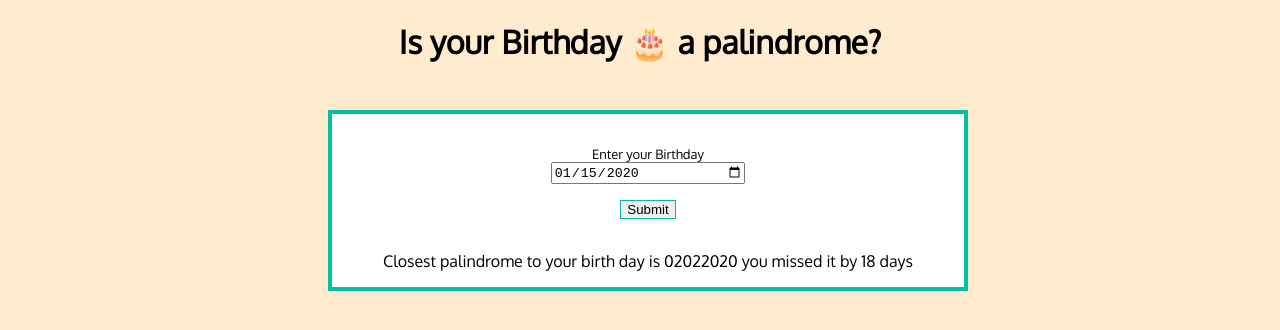
Repository: htihaS/neoG-Is-your-birthday-palindrome
Page: index.html
The author's editor kept a copy of each file at every save. The page is drawn from the files as they stood at one save, then again after a run of saves.
The browser window is 1280 px wide. The pictures show the whole page.
Empty fields were first filled with sample values (such as "Sample", 5 or name@example.com).
After loading, the first visible `button.submit` was clicked once.

Above is the page before, as saved 2022-09-04 11:21:08.

### index.html
<!DOCTYPE html>
<html lang="en">
<head>
    <meta charset="UTF-8">
    <meta http-equiv="X-UA-Compatible" content="IE=edge">
    <meta name="viewport" content="width=device-width, initial-scale=1.0">
    <title>Document</title>
    <link rel="stylesheet" href="/style.css">
</head>
<body>
    <h1 class="heading">Is your Birthday <span>🎂</span> a palindrome?</h1>
    <div class="container">
        <label for="userdob" class="label-dob">Enter your Birthday</label>
        <input type="date" class="userdob"/>
        <button type="submit" class="submit">Submit</button>
        <div id ="loader" class="loader"></div>
        <p class="output"></p>
    </div>
</body>
<script src="/app.js"></script>
</html>

### style.css
@import url('https://fonts.googleapis.com/css2?family=Oxygen&display=swap');
.container{
    display: flex;
    flex-direction: column;
    align-items: center;
    width: 50%;
    margin: 3rem 20rem;
    border: 0.3rem solid #00BFA6 ;
    background-color: white;
}
h1{
    text-align: center;
}
body{
    background-color: blanchedalmond;
    font-family: 'Oxygen', sans-serif;
}
label{
    padding-top: 2rem;
    font-size: small;
}
input{
    width: 30%;
}
button{
    margin:1rem;
    border: 0.1rem solid #00BFA6 ;

}


.loader {
    border: 16px solid #f3f3f3; /* Light grey */
    border-top: 16px solid #3498db; /* Blue */
    border-radius: 50%;
    width: 120px;
    height: 120px;
    animation: spin 2s linear;
    display: none;
  }

  @keyframes spin {
    0% { transform: rotate(0deg); }
    100% { transform: rotate(360deg); }
  }

### app.js
function reverseString(str) {
    return str.split('').reverse().join('');
  }

  function isPalindrome(str) {
    var reversestring = reverseString(str);
    return reversestring === str;
  }

  function dateToString(date) {
    var dateString = { day: '', month: '', year: '' };
    var day = date.day;
    var month = date.month;
    var year = date.year;

    if (day < 10) {
      dateString.day = '0' + day;
    } else {
      dateString.day = day.toString();
    }

    if (month < 10) {
      dateString.month = '0' + month;
    } else {
      dateString.month = month.toString();
    }

    dateString.year = year.toString();

    return dateString;
  }

  function getAllFromats(date) {
    var ddmmyyyy = date.day + date.month + date.year;
    var mmddyyyy = date.month + date.day + date.year;
    var yyyymmdd = date.year + date.month + date.day;
    var ddmmyy = date.day + date.month + date.year.slice(-2);
    var mmddyy = date.month + date.day + date.year.slice(-2);
    var yymmdd = date.year.slice(-2) + date.month + date.day

    return [ddmmyyyy, mmddyyyy, yyyymmdd, ddmmyy, mmddyy, yymmdd];
  }

  function isLeapYear(year) {
    if (year % 4 === 0) {
      return true;
    }
    if (year % 400 === 0) {
      return true;
    }
    if (year % 100 === 0) {
      return false;
    }

    return false;
  }

  function getNextDay(date) {
    var nextDate = { day: '', month: '', year: '' };
    var day = date.day + 1;
    var month = date.month;
    var year = date.year;
    var daysInaMonth = [];

    if (isLeapYear(year)) {
      daysInaMonth = [31, 29, 31, 30, 31, 30, 31, 31, 30, 31, 30, 31];
    } else {
      daysInaMonth = [31, 28, 31, 30, 31, 30, 31, 31, 30, 31, 30, 31];
    }

    if (day > daysInaMonth[month - 1]) {
      day = 01;
      if (month === 12) {
        month = 01;
        year = year + 1;
      } else {
        month = month + 1;
      }
    }

    nextDate.day = day;
    nextDate.month = month;
    nextDate.year = year;

    return nextDate;
  }

  function getPreviousDay(date) {
    if (isLeapYear(date.year)) {
      daysInaMonth = [31, 29, 31, 30, 31, 30, 31, 31, 30, 31, 30, 31];
    } else {
      daysInaMonth = [31, 28, 31, 30, 31, 30, 31, 31, 30, 31, 30, 31];
    }
     var previousdate = {
       day:'',
       month:'',
       year:''
     }

    if (date.day === 01) {
      if (date.month === 01) {
        previousdate.day = 31;
        previousdate.month = 12;
        previousdate.year = date.year - 1
      } else {
        previousdate.month = date.month - 1;
        previousdate.day = daysInaMonth[date.month - 1];
        previousdate.year=date.year;
      }
    }else{
      previousdate.day=date.day -1 ;
      previousdate.month=date.month;
      previousdate.year=date.year;
      }
    return previousdate;
  }

  //function to find closest palindrome
  function findClosestPalindrome(date) {
    var countfuture = 0;
    var countpast = 0;

    //this while block will find palindromes in future
    var nextdate = getNextDay(date);
    var flag = false;
    while (flag!=true) {
      countfuture++;
      var allformats = getAllFromats(dateToString(nextdate));
      for (var i = 0; i < 6; i++) {
        console.log("Next: ",allformats[i]);
        console.log(isPalindrome(allformats[i]));
        if (isPalindrome(allformats[i])) {
          var futurePalindrome = [countfuture, allformats[i]];
          flag = true
          break;
        }
      }
      nextdate = getNextDay(nextdate);
    }

    //this while block will find palindromes in past
    var previousday = getPreviousDay(date);
    while (flag!=false) {
      countpast++;
      if(countpast>countfuture){
        return futurePalindrome;
      }
      var allformats = getAllFromats(dateToString(previousday));
      for (var i = 0; i < 6; i++) {
        console.log("Past: ",allformats[i],i);
        console.log(isPalindrome(allformats[i]));
        if (isPalindrome(allformats[i])) {
          var pastPalindrome = [countpast, allformats[i]];
          flag = false;
          break;
        }
      }
      previousday = getPreviousDay(previousday);
    }

    if (countfuture < countpast) {
      return futurePalindrome;
    }
    else {
      return pastPalindrome;
    }
  }

  // function findPastPalindrome(date){
  //     var pastdate = getPreviousDay(date);
  //     var countpast = 0;

  //     while(1){
  //       console.log(pastdate);
  //         countpast++;
  //         var allpastformats = getAllFromats(dateToString(pastdate));
  //         for(var j=0;j<6;j++){
  //             if(isPalindrome(allpastformats[j])){
  //                 return [countpast,allpastformats[j]];
  //             }
  //         }
  //       pastdate = getPreviousDay(pastdate);
  //     }
  //   }

  var dob = document.querySelector(".userdob");
  var button = document.querySelector(".submit");
  var output = document.querySelector(".output");


function loader(){
  setTimeout( ()=>{
    document.querySelector('.loader').style.display = 'block';
    output.style.display = 'none';
    }, 3000);
    document.querySelector('.loader').style.display = 'none';
    output.style.display = 'block';
}

button.addEventListener("click",()=>{
  loader()

  var bdayString = dob.value;

  if (bdayString !== '') {
    var date = bdayString.split('-');
    var yyyy = date[0];
    var mm = date[1];
    var dd = date[2];
  }
    var date = {
      day: Number(dd),
      month: Number(mm),
      year: Number(yyyy)
    };

    var datetostring = dateToString(date);
    var allformats = getAllFromats(datetostring);
    for(var i=0;i<5;i++){
        if(isPalindrome(allformats[i])){

            output.innerText = "Your birthday is palindrome!"
            break;
        }
    }
    if(i===5){
        var closestpalindrome = findClosestPalindrome(date);
        var plural = closestpalindrome[0]===1?"day":"days";
        output.innerText = "Closest palindrome to your birth day is "+closestpalindrome[1]+" you missed it by "+closestpalindrome[0]+" "+ plural ;
    }
})

After the next 2 saves:
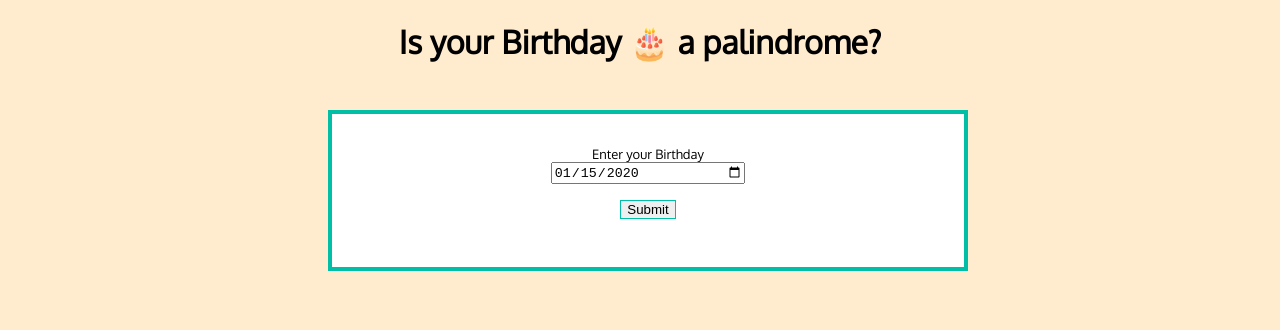
Console error: TypeError: Cannot read properties of undefined (reading 'then')
The 2 saves are shown as one change because they came seconds apart.
The last was saved 7 s later.
--- a/app.js
+++ b/app.js
@@ -198,7 +198,7 @@ function loader(){
 }
 
 button.addEventListener("click",()=>{
-  loader()
+  loader().then()
 
   var bdayString = dob.value;
 
